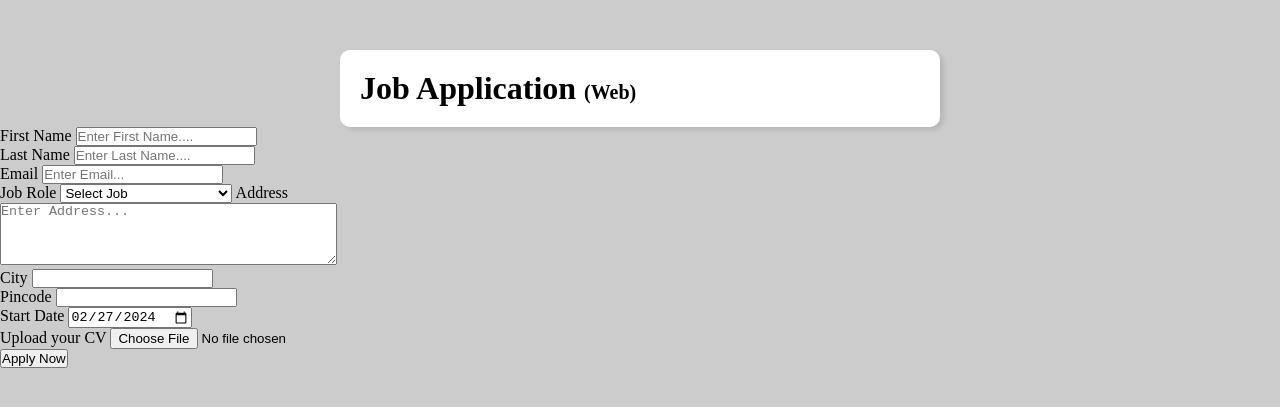
Repository: diensy/JOB-APPLICATION
Page: index.html
These files come from the project's save history. The page is drawn as it stood at one moment and after the next save; the edit follows.
The browser window is 1280 px wide. The pictures show the whole page.

Above is the page before, as saved 2024-02-27 21:58:54.

After the next save:
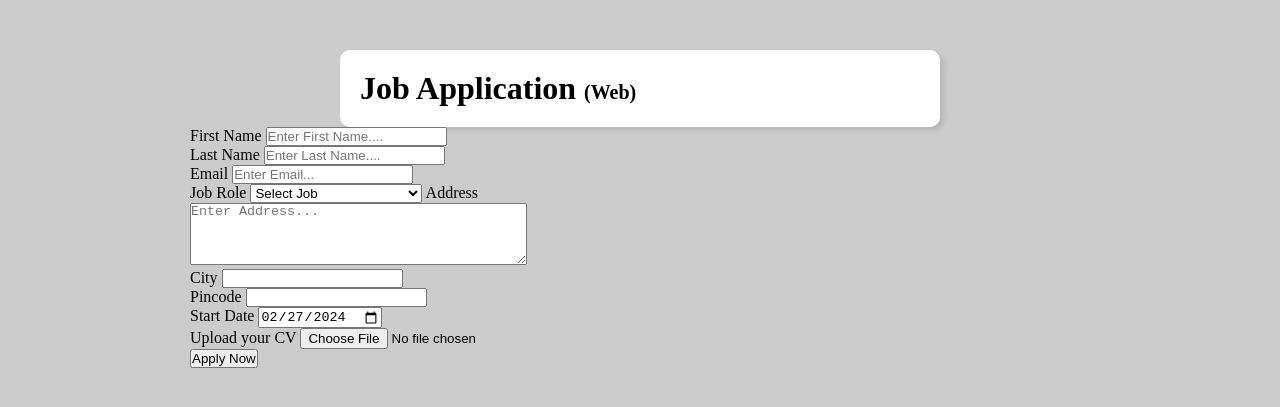
Saved 7 min 27 s later.
--- a/Job_Application.css
+++ b/Job_Application.css
@@ -5,6 +5,10 @@
 }
 body {
   background-color: #ccc;
+}
+.container {
+  max-width: 900px;
+  margin: 0 auto;
 }
 .apply {
   max-width: 600px;
